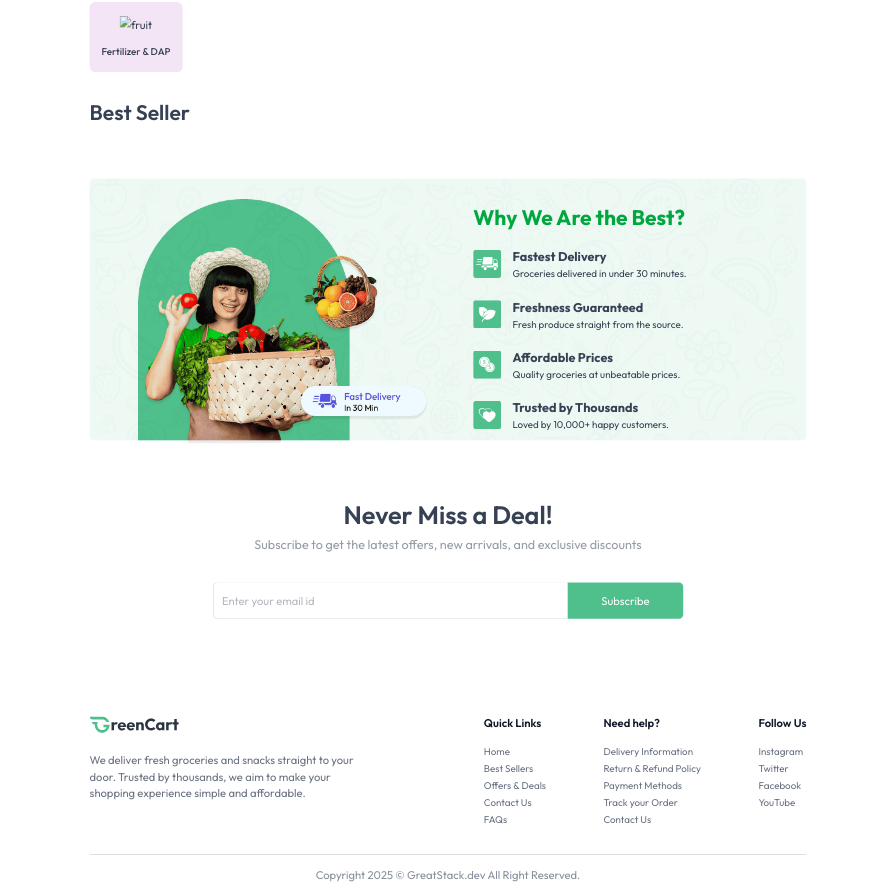
Repository: deepak445566/cv
Page: / (app in client/)
An editor plug-in stored every save of this project. The page is shown before and after the next save, followed by the edit.
The browser window is 1280 px wide. The pictures show the part of the page from y = 800 to 2720 px (the page is 2077 px tall before and 3055 px after), at 70% of full size.
The page's requests for data from a server got no answer. Some web fonts or font styles are not loaded; a fallback is used. The project was rebuilt for these pictures with package versions that can differ from the ones it lists, and the page was loaded fresh each time. No one was signed in, and anything a server would have sent is missing. Also part of the build but not shown: client/vite.config.js, client/src/components/ProductCard.jsx, client/src/components/Login.jsx, client/src/pages/AllProduct.jsx, client/src/pages/Productcato.jsx, client/src/pages/ProductDetail.jsx, client/src/pages/Cart.jsx, client/src/components/Addaddress.jsx and 7 more.

Above is the page before, as saved 2025-12-14 19:52:04.

After the next save:
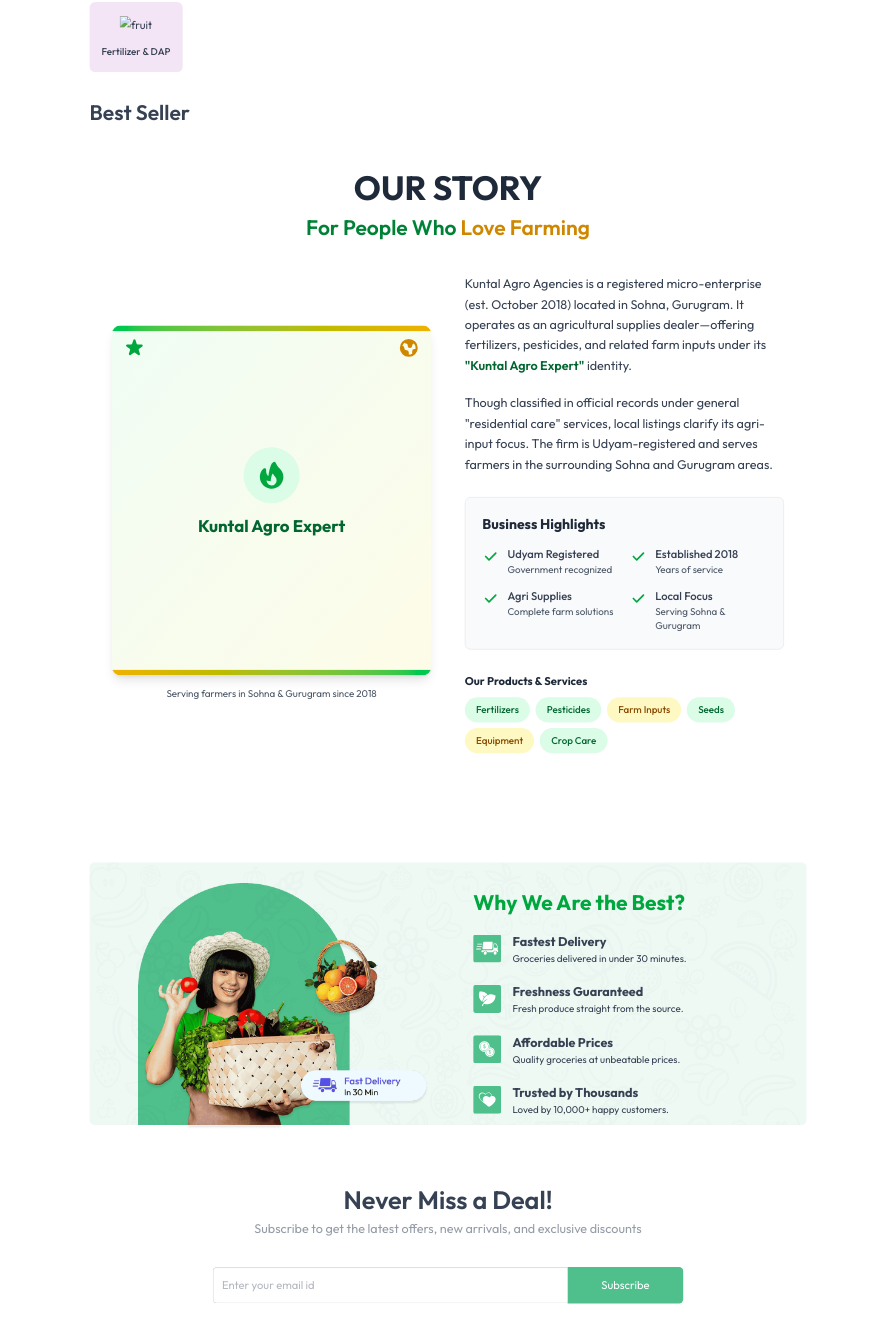
Saved 12 s later.
--- a/client/src/pages/Home.jsx
+++ b/client/src/pages/Home.jsx
@@ -5,6 +5,7 @@
 import BestSeller from '../components/BestSeller'
 import BottomBanner from '../components/BottomBanner'
 import NewsLetter from '../components/NewsLetter'
+import OurStory from '../components/ourStory'
 
 export default function() {
   return (
@@ -13,6 +14,7 @@
     <MainBanner/>
     <Categories/>
     <BestSeller/>
+    <OurStory/>
     <BottomBanner/>
     <NewsLetter/>
 
